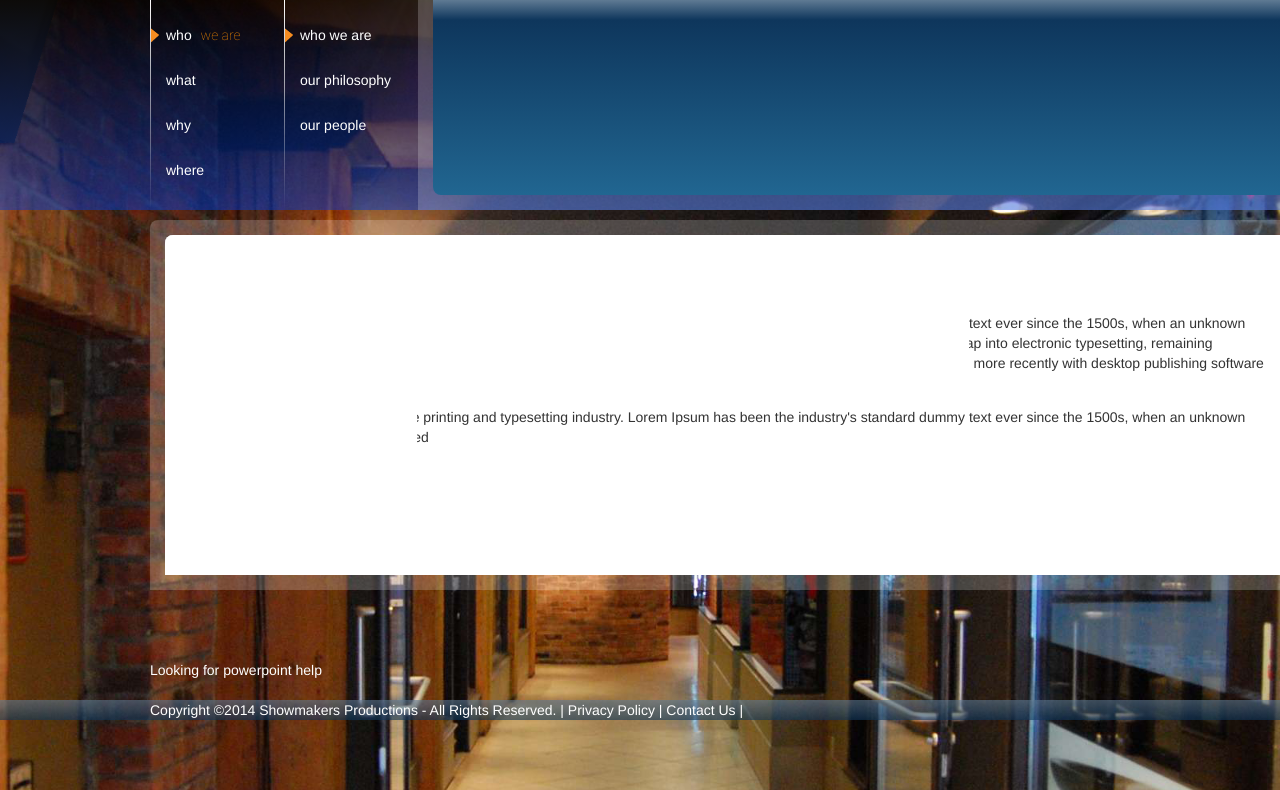
Repository: EddieMachete/showmakers
Page: index.html
The author's editor kept a record of every edit. The page is drawn from the files as they stood at one moment, then again after the next edit.
The browser window is 1280 px wide. The pictures show the whole page.
Backgrounds fixed to the window are drawn as part of the page.

Above is the page before.
Console error: TypeError: Cannot read properties of undefined (reading 'querySelector')

After the next edit:
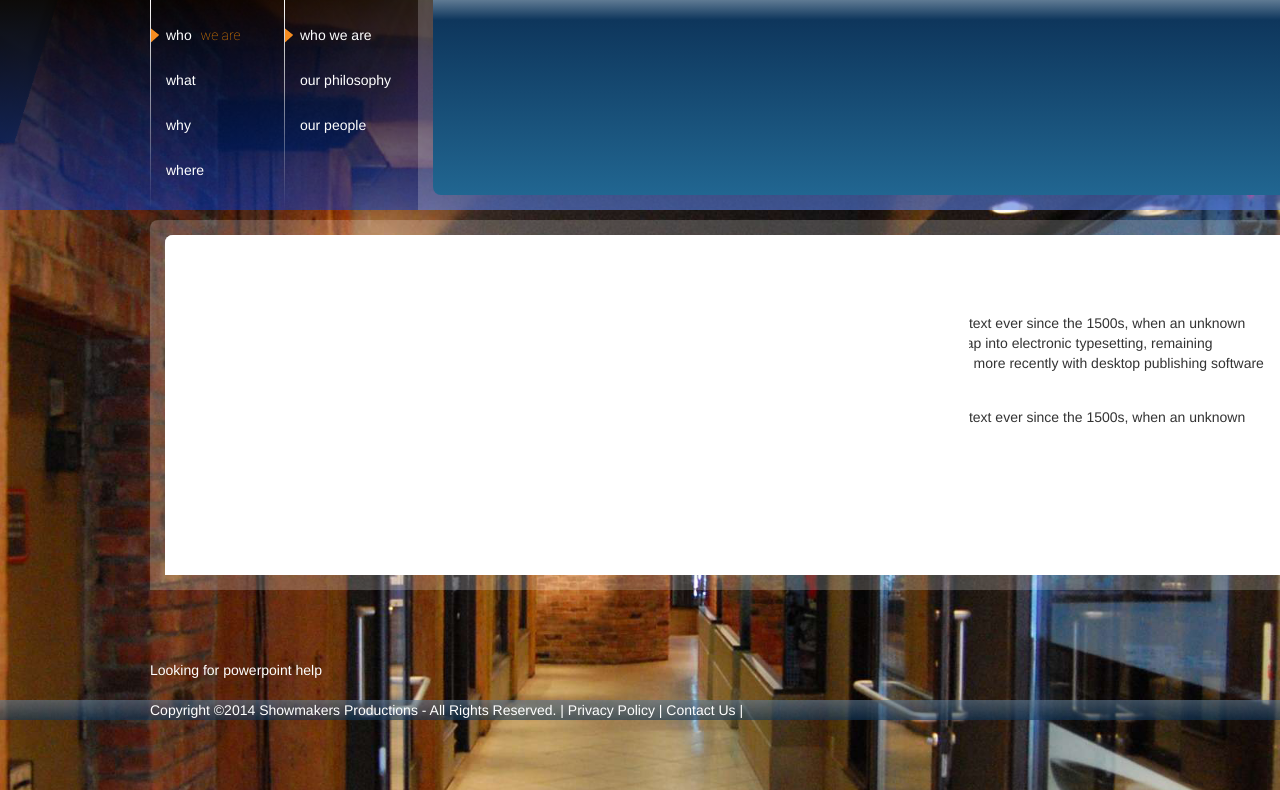
The edit:
--- a/index.html
+++ b/index.html
@@ -107,8 +107,8 @@
                         <div class="transition-border expandable float-left"></div>
                     </div>
                 </div>
-                <div class="right">
-                    <div class="mask collapsible">
+                <div class="right main-content-high">
+                    <div class="mask main-content-high collapsible">
                         <div class="transition-border expandable"></div>
                     </div>
                 </div>
